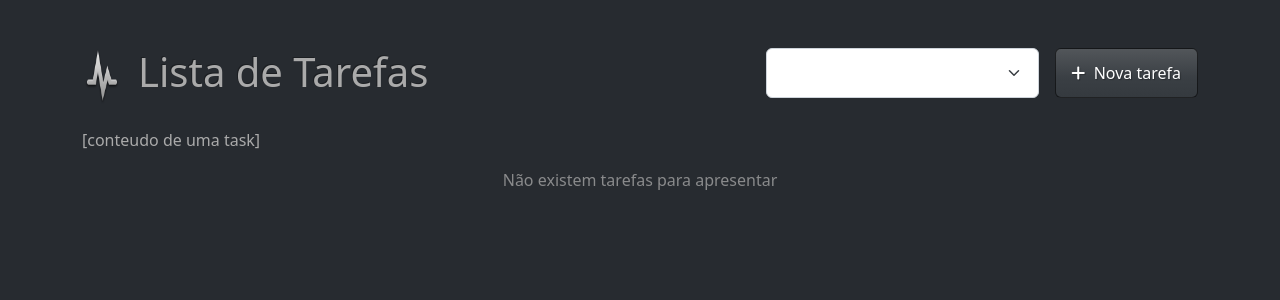
Repository: cargugati/lista_tarefas
Page: frontEnd/index.html
These files come from the project's save history. The page is drawn as it stood at one moment and after the next save; the edit follows.
The browser window is 1280 px wide. The pictures show the whole page.

Above is the page before, as saved 2023-03-18 20:28:05.

After the next save:
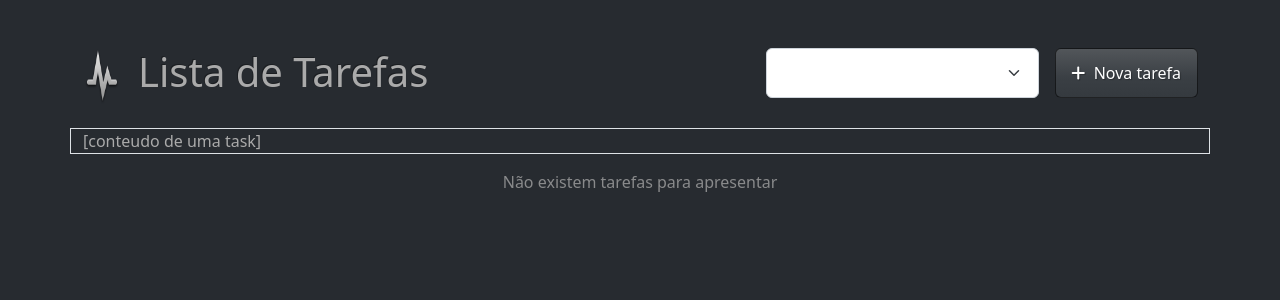
Saved 2 min 10 s later.
--- a/frontEnd/index.html
+++ b/frontEnd/index.html
@@ -36,7 +36,7 @@
 
     <!-- aspecto visual de uma tarefa -->
     <div class="row mb-3">
-      <div class="col-12">
+      <div class="col-12 border">
         [conteudo de uma task]
       </div>
     </div>
